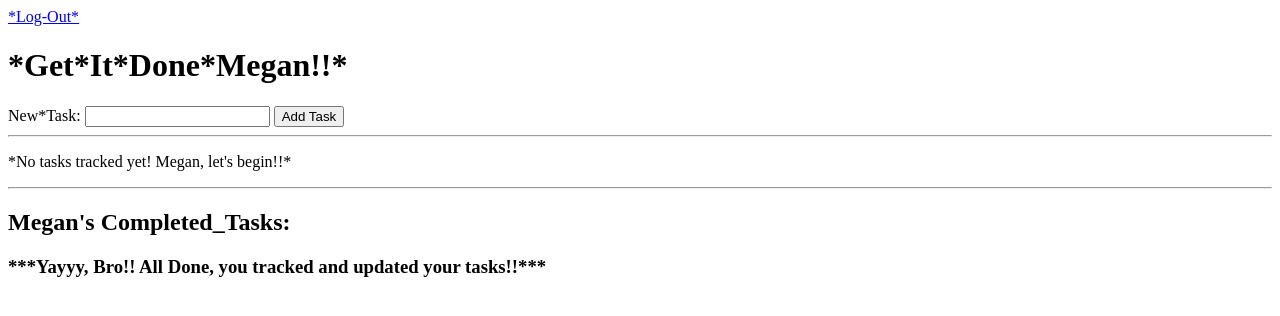
Repository: tlwilliams895/get-it-done
Page: http://localhost/
These files come from the project's save history. The page is drawn as it stood at one moment and after the next save; the edit follows.
The browser window is 1280 px wide. The pictures show the whole page.
The page is served by the project's application, run on Flask 3 (main.py). The session is filled in as if someone had signed in: {"email": "test@example.com"}. Queries for data that is not in the repository find no rows.

Above is the page before, as saved 2019-10-18 16:05:32.

### templates/todos.html
{% extends "base.html" %}

{% block content %}
<h1>*Get*It*Done*Megan!!*</h1>
<form method="POST">
    <label>
        New*Task:
        <input type="text" name='task' />
    </label>
    <input type="submit" value='Add Task' />
</form>

<hr />

{% if tasks|length == 0 %}
<p>*No tasks tracked yet! Megan, let's begin!!*</p>
{% else %}

<ol>
    {% for task in tasks %}
    <li>{{task.name}}
        <!-- Delete tasks -->
        <form action="/delete-task" method="POST" style="display:inline-block;">
            <input type="hidden" name="task-id" value="{{task.id}}" />
            <input type="submit" value="Task Complete!" />
        </form>
    </li>
    {% endfor %}
</ol>

{% endif %}

<hr />

<h2>Megan's Completed_Tasks:</h2>

<ol>
    {% for task in completed_tasks %}
    <li>{{task.name}}
        <!-- Delete tasks -->
        <form action="/delete-task" method="POST" style="display:inline-block;">
            <input type="hidden" name="task-id" value="{{task.id}}" />
            <input type="submit" value="All Done" />
    </li>
    {% endfor %}
</ol>

<h3>***Yayyy, Bro!! All Done, you tracked and updated your tasks!!***</h3>

{% endblock %}

### templates/base.html
<!DOCTYPE html>
<html>

<head>
    <title>{{title}}</title>
    <style>
        .error {
            color: red;
        }
    </style>
</head>

<body>

    <div>
        <a href='/logout'>*Log-Out*</a>
    </div>

    <!-- Create with block here -->
    {% with messages = get_flashed_messages(with_categories=True) %}
    <ul>
        {% for messages,category in messages %}
        <li class="{{category}}">{{message}}</li>
        {% endfor %}
    </ul>
    {% endwith %}

    {% block content %}
    {% endblock %}

</body>

</html>

### main.py
from flask import Flask, request, redirect, render_template, session, flash
from flask_sqlalchemy import SQLAlchemy

app = Flask(__name__)
app.config['DEBUG'] = True
app.config['SQLALCHEMY_DATABASE_URI'] = 'mysql+pymysql://get-it-done:beproductive@localhost:8889/get-it-done'
app.config['SQLALCHEMY_ECHO'] = True
db = SQLAlchemy(app)
app.secret_key = "someSecretCodeword"


class Task(db.Model):
    # Anytime a new column is added here, remember to drop_all then create_all
    # in Git Bash to reflect and update changes to database
    id = db.Column(db.Integer, primary_key=True)
    name = db.Column(db.String(120))
    completed = db.Column(db.Boolean)
    owner_id = db.Column(db.Integer, db.ForeignKey('user.id'))

    def __init__(self, name):
        self.name = name
        self.completed = False
        self.owner = owner


# User object to enter is email address and password in MyPHPadmin
class User(db.Model):
    # Create fields/columns for db; add more later
    id = db.Column(db.Integer, primary_key=True)
    email = db.Column(db.String(120), unique=True)
    password = db.Column(db.String(120))
    tasks = db.relationship('Task', backref='owner')

    # Initializer/Constructor
    def __init__(self, email, password):
        self.email = email
        self.password = password


# .before_request - Create required login to check if user has logged-in website
@app.before_request
def require_login():
    allowed_routes = ['login', 'register']
    if request.endpoint not in allowed_routes and 'email' not in session:
        return redirect('/login')
# The code about prevents access to other web pages until user login or register


# Login Handlers will process requests to database
# Add the request types using inputs from login.html
@app.route('/login', methods=['POST', 'GET'])
def login():
    # This request will login the user with proper credentials
    if request.method == 'POST':
        email = request.form['email']
        password = request.form['password']
        # Verifies email/user and password together as a result set
        user = User.query.filter_by(email=email).first()

        # Checks if user/email exists
        if user and user.password == password:
            # Enter user/email session data to store here
            session['email'] = email
            flash("Login Successful")
            # Remember that the user MUST be logged in
            return redirect('/')
        else:
            # Create flash message category
            flash('*USER*ERROR* - Incorrect credentials or Non-existent User', 'error')
            # Explain why login failed
            # return '<h2>*USER*ERROR*</h2>'

    return render_template('login.html', message="*Please Log In*")


@app.route('/register', methods=['POST', 'GET'])
def register():
    if request.method == 'POST':
        email = request.form['email']
        password = request.form['password']
        verify = request.form['verify']

        # Always validate user's data means good user found
        # Enter code here

        existing_user = User.query.filter_by(email=email).first()
        if not existing_user:
            new_user = User(email, password)
            db.session.add(new_user)
            db.session.commit()
            # User/email session data will remember that the user logged-in
            session['email'] = email

            # Remember the user
            return redirect('/')
        else:
            # User better response messaging
            return '<h2>*Whoa, Duplicate User!*</h2>'

    return render_template('register.html')


# Log-out user here/remove user email and redirect to main page
@app.route('/logout')  # or ('/logout', methods=['GET'])
def logout():
    del session['email']
    return redirect('/')


# Global task list is commented out because the MySQL database is being used now
# tasks = []


@app.route('/', methods=['POST', 'GET'])
def index():

    # Specify that a user has many tasks and you want SQLAlchemy to look for matches between the two
    # Get the owner of the task so that you can pass that into the Task constructor
    owner = User.query.filter_by(email=session['email']).first()

    if request.method == 'POST':
        task_name = request.form['task']
        # Add owner
        new_task = Task(task_name, owner)
        db.session.add(new_task)
        db.session.commit()

        # Removed: Will used an object to create a new object in the db
        # tasks.append(task)

    # Add .filter_by to output the uncompleted tasks by value and pair
    tasks = Task.query.filter_by(completed=False, owner=owner).all()
    # Displays completed tasks
    completed_tasks = Task.query.filter_by(completed=True, owner=owner).all()
    # Watch Part 4 Video:
    # remove_tasks = Task.query.filter_by(remove_tasks=True).all()
    return render_template(
        'todos.html',
        title="Megan, Get It Done!",
        tasks=tasks,
        completed_tasks=completed_tasks,
        # remove_tasks=remove_tasks
    )


@app.route('/delete-task', methods=['POST'])
def delete_task():

    task_id = int(request.form['task-id'])
    task = Task.query.get(task_id)
    task.completed = True
    db.session.add(task)

    # Removed to update delete functions
    # completed_tasks = False
    # db.session.delete(completed_tasks)
    # How can I delete the completed tasks to disappear in todos.html?
    db.session.commit()

    return redirect('/')


if __name__ == '__main__':
    app.run()

After the next save:
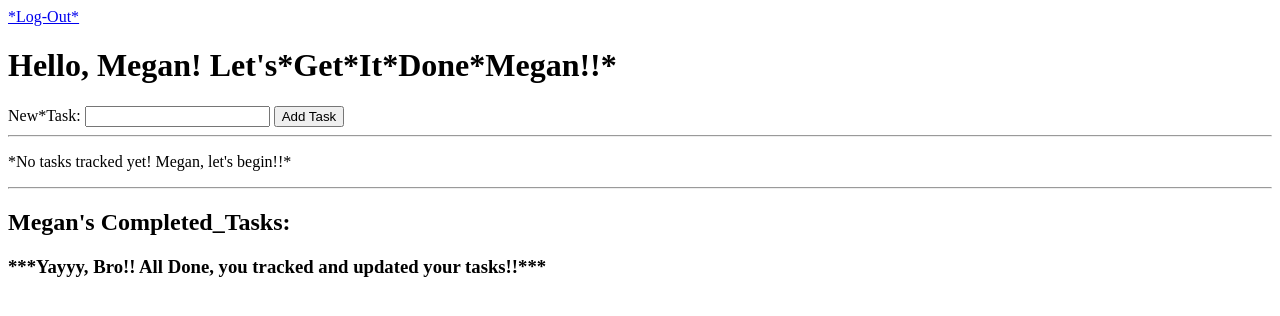
Saved 42 s later.
--- a/templates/todos.html
+++ b/templates/todos.html
@@ -1,7 +1,7 @@
 {% extends "base.html" %}
 
 {% block content %}
-<h1>*Get*It*Done*Megan!!*</h1>
+<h1>Hello, Megan! Let's*Get*It*Done*Megan!!*</h1>
 <form method="POST">
     <label>
         New*Task:
